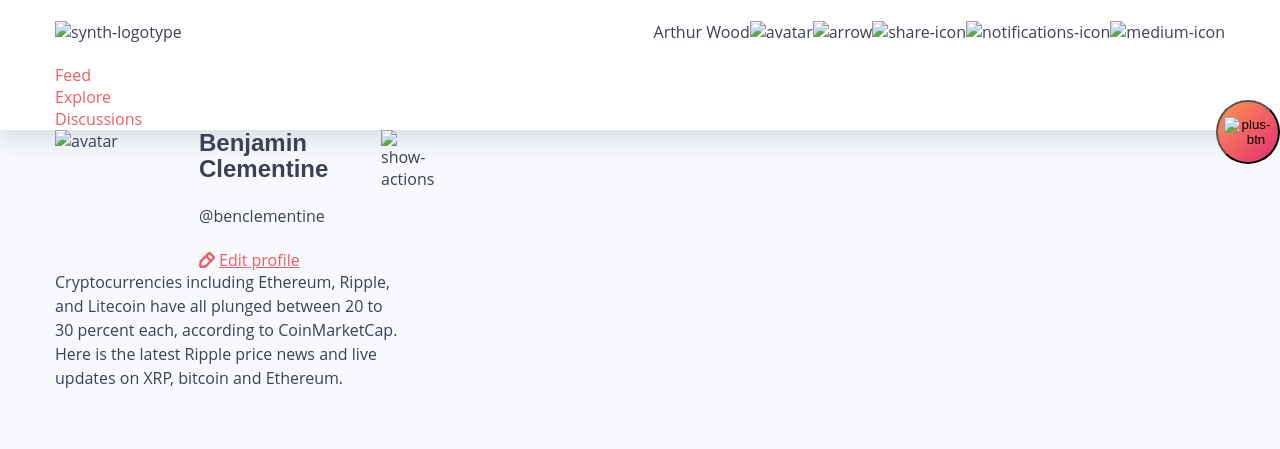
Repository: ecspetra/swivl-test-task
Page: index.html
These files come from the project's save history. The page is drawn as it stood at one moment and after the next save; the edit follows.
The browser window is 1280 px wide. The pictures show the whole page.

Above is the page before, as saved 2021-12-09 20:41:00.

After the next save:
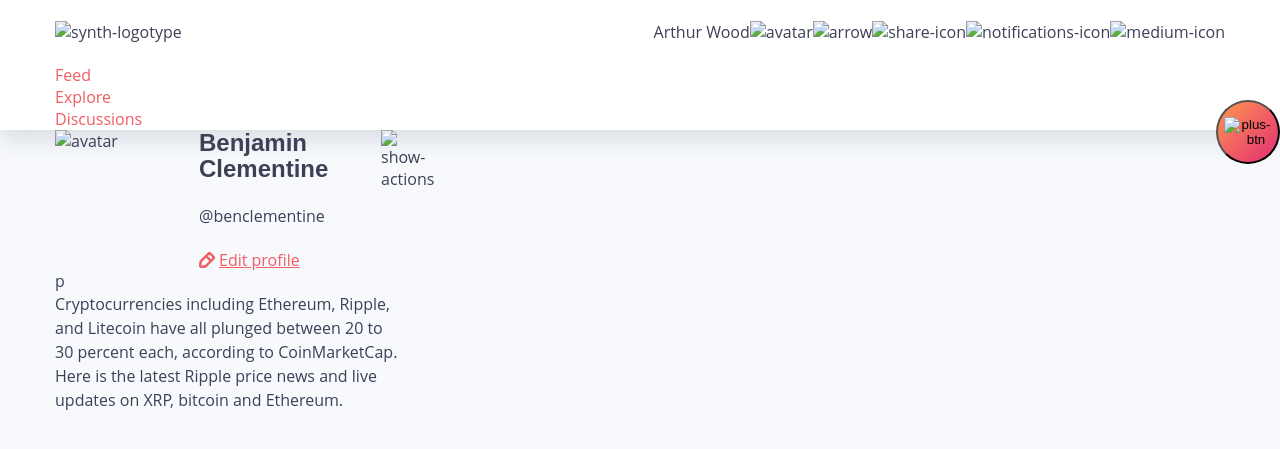
Saved 27 s later.
--- a/index.html
+++ b/index.html
@@ -68,7 +68,9 @@
                         <p class="profile__instagram">@benclementine</p>
                         <a class="profile__edit-btn" href="#">Edit profile</a>
                     </div>
-                    <div class="profile__"></div>
+                    <div class="profile__statistics">
+                        p
+                    </div>
                     <p class="profile__description">Cryptocurrencies including Ethereum, Ripple, and Litecoin have all
                         plunged between 20 to 30 percent each, according to CoinMarketCap. Here is the latest Ripple
                         price news and live updates on XRP, bitcoin and Ethereum.</p>

After the save that followed:
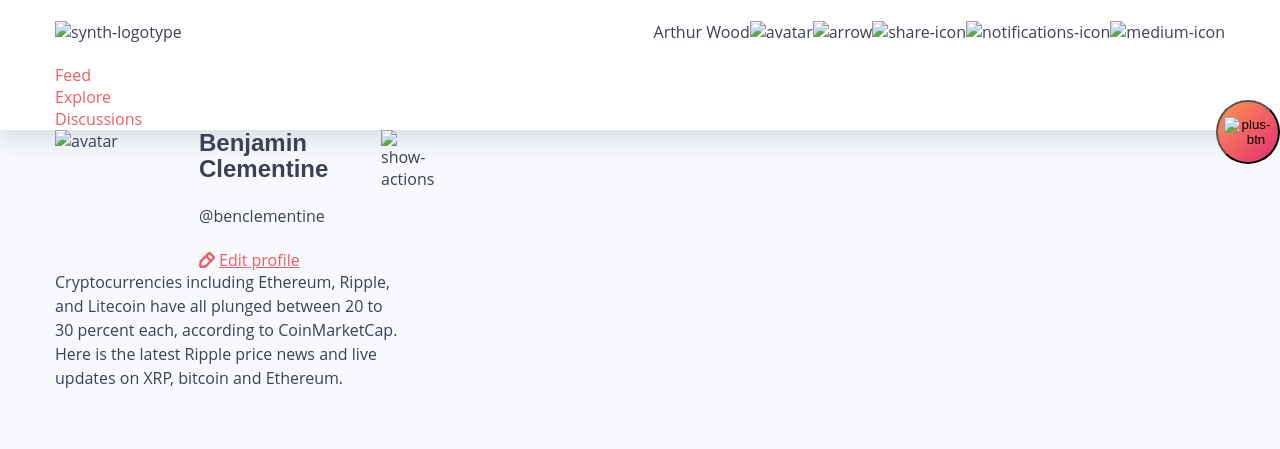
Saved 29 s later.
--- a/index.html
+++ b/index.html
@@ -69,7 +69,9 @@
                         <a class="profile__edit-btn" href="#">Edit profile</a>
                     </div>
                     <div class="profile__statistics">
-                        p
+                        <div class="">
+                            <p></p>
+                        </div>
                     </div>
                     <p class="profile__description">Cryptocurrencies including Ethereum, Ripple, and Litecoin have all
                         plunged between 20 to 30 percent each, according to CoinMarketCap. Here is the latest Ripple
